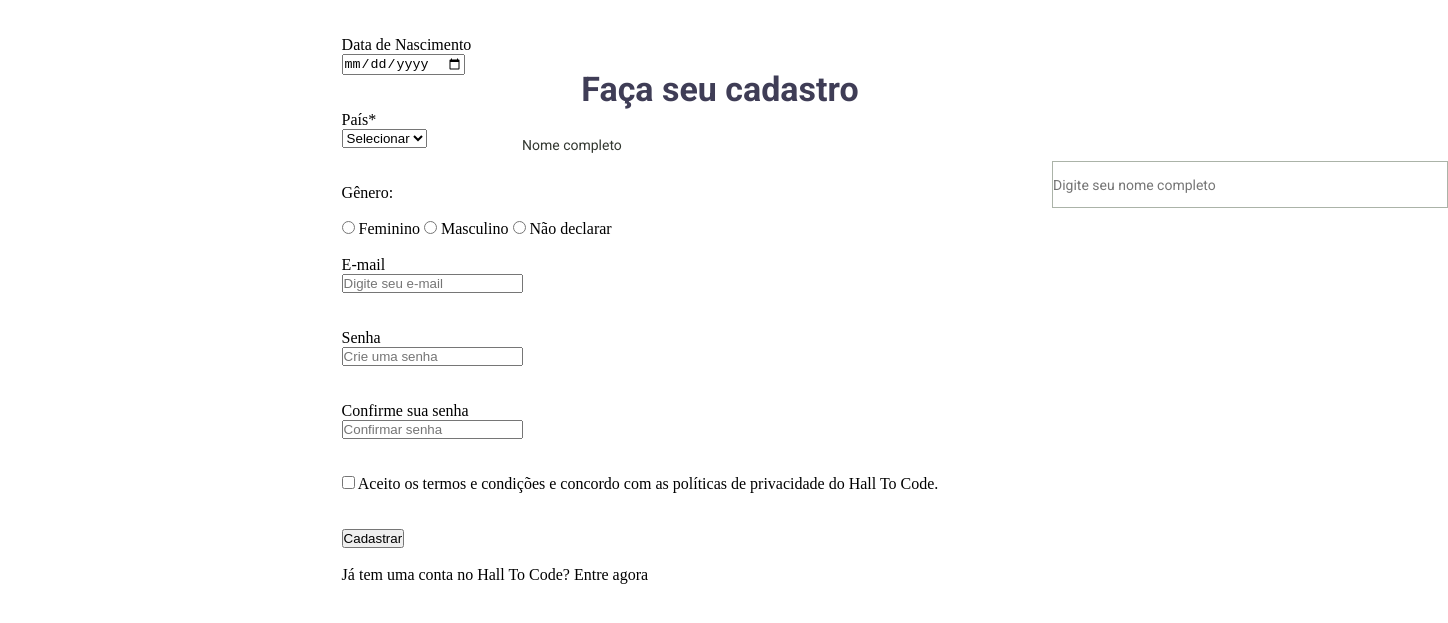
Repository: RenatoCCS/formularios
Page: cadastro.html
The author's editor kept a copy of each file at every save. The page is drawn from the files as they stood at one save, then again after the next save.
The browser window is 1280 px wide. The page is 1448 px wide, then 1280 px, so the pictures cover 1448 px, including what lies to the right of the window. The pictures show the whole page.

Above is the page before, as saved 2023-03-22 21:01:28.

After the next save:
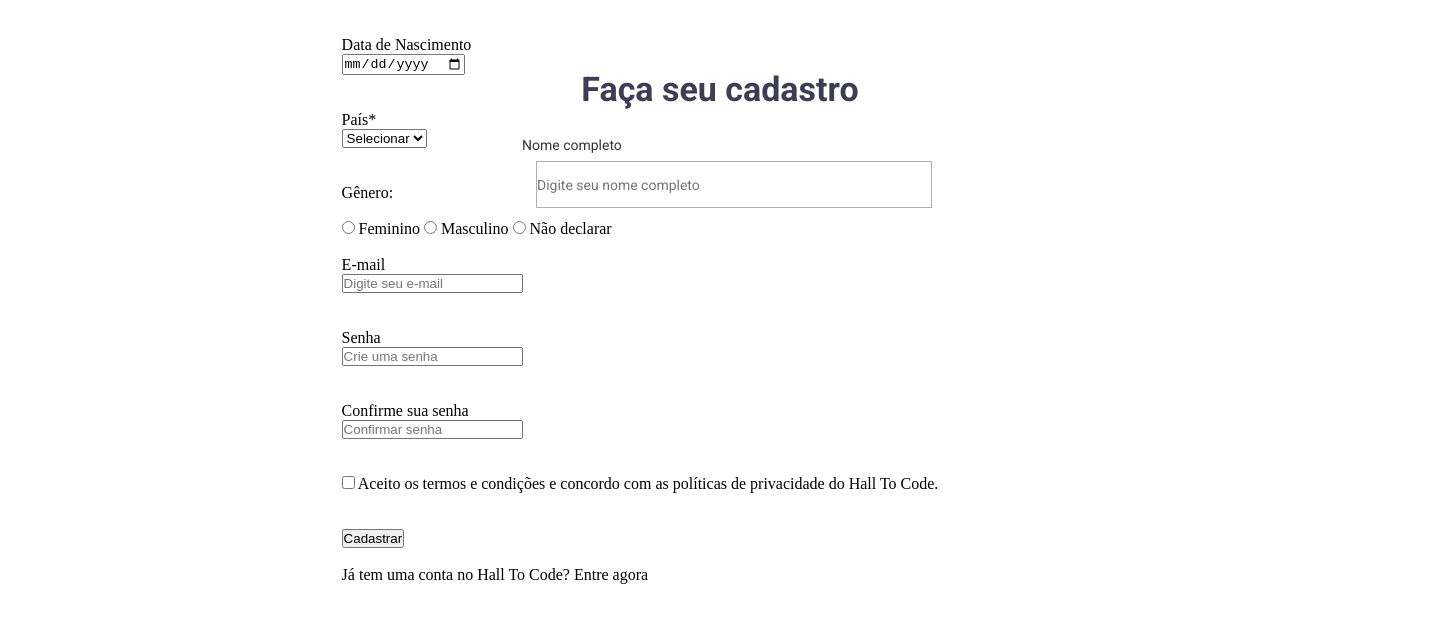
Saved 12 s later.
--- a/style.css
+++ b/style.css
@@ -75,6 +75,5 @@
   border: solid 1px;
   width: 396px;
   height: 47px;
-  left: 530px;
   top: 22px;
 }
